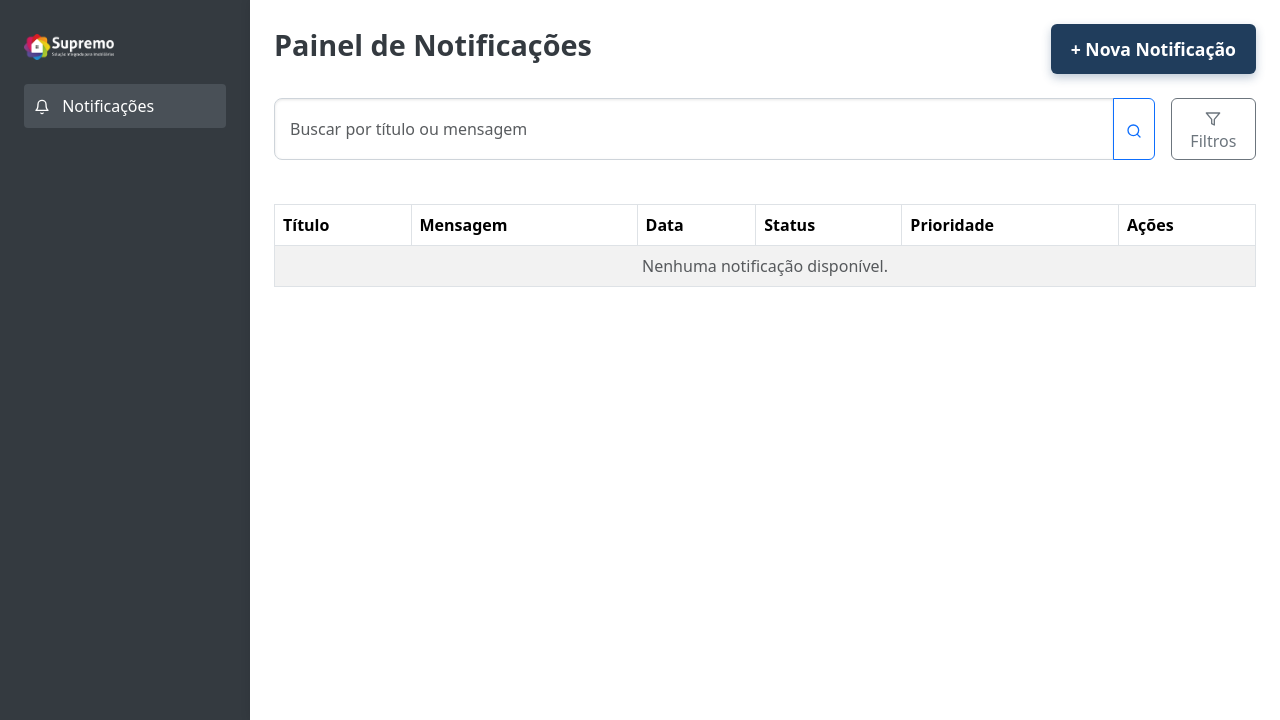
Repository: ryanmarinhodev/Supremo-teste-tecnico
Page: /notifications
These files come from the project's save history. The page is drawn as it stood at one moment and after the next save; the edit follows.
The browser window is 1280 px wide. The pictures show the whole page.
The project was rebuilt for these pictures with package versions that can differ from the ones it lists, and the page was loaded fresh each time. Also part of the build but not shown: src/App.css, src/Components/Login/index.jsx.

Above is the page before, as saved 2024-11-07 18:06:13.

### src/App.js
import { BrowserRouter, Routes, Route } from "react-router-dom";
import "./App.css";
import Login from "./Components/Login";
import NotificationsPage from "./Components/Notifications/notification";

const App = () => {
  return (
    <BrowserRouter>
      <Routes>
        <Route path="/" element={<Login />} />
        <Route path="/notifications" element={<NotificationsPage />} />
      </Routes>
    </BrowserRouter>
  );
};

export default App;

### src/Components/Notifications/notification.jsx
import React, { useState } from "react";
import {
  Modal,
  Button,
  Form,
  Table,
  Badge,
  InputGroup,
  FormControl,
} from "react-bootstrap";
import {
  FiBell,
  FiEdit,
  FiTrash2,
  FiSearch,
  FiFilter,
  FiCheckCircle,
} from "react-icons/fi";
import "./notification.css";
import Logo from "../../assets/logo-supremo-branco.png";

const EnhancedNotificationsDashboard = () => {
  const [notifications, setNotifications] = useState([]);
  const [showModal, setShowModal] = useState(false);
  const [search, setSearch] = useState("");
  const [currentNotification, setCurrentNotification] = useState({
    id: null,
    title: "",
    message: "",
    date: "",
    status: "Não Lida",
    priority: "Normal",
  });

  // Abre o modal para adicionar ou editar uma notificação
  const openModal = (
    notification = {
      title: "",
      message: "",
      date: "",
      status: "Não Lida",
      priority: "Normal",
    }
  ) => {
    setCurrentNotification(notification);
    setShowModal(true);
  };

  // Fecha o modal e reseta os dados do formulário
  const closeModal = () => {
    setShowModal(false);
    setCurrentNotification({
      id: null,
      title: "",
      message: "",
      date: "",
      status: "Não Lida",
      priority: "Normal",
    });
  };

  // Manipula mudanças nos campos do formulário
  const handleChange = (e) => {
    const { name, value } = e.target;
    setCurrentNotification((prev) => ({ ...prev, [name]: value }));
  };

  // Envia a notificação (para adicionar ou editar)
  const handleSubmit = () => {
    if (currentNotification.id) {
      setNotifications((prev) =>
        prev.map((notif) =>
          notif.id === currentNotification.id ? currentNotification : notif
        )
      );
    } else {
      setNotifications((prev) => [
        ...prev,
        { ...currentNotification, id: Date.now() },
      ]);
    }
    closeModal();
  };

  // Exclui a notificação
  const handleDelete = (id) => {
    setNotifications((prev) => prev.filter((notif) => notif.id !== id));
  };

  // Marca a notificação como "Lida"
  const markAsRead = (id) => {
    setNotifications((prev) =>
      prev.map((notif) =>
        notif.id === id ? { ...notif, status: "Lida" } : notif
      )
    );
  };

  return (
    <div className="dashboard-container d-flex">
      {/* Sidebar de Navegação */}
      <aside className="sidebar p-4">
        <img src={Logo} alt="Logotipo Supremo" className="logo" />
        <ul className="nav flex-column mt-4">
          <li className="nav-item mb-2">
            <a href="/notifications" className="nav-link active">
              <FiBell className="me-2" /> Notificações
            </a>
          </li>
        </ul>
      </aside>

      {/* Área Principal */}
      <div className="content flex-grow-1 p-4">
        <header className="d-flex justify-content-between align-items-center mb-4">
          <h2 className="page-title">Painel de Notificações</h2>
          <Button variant="primary" onClick={() => openModal()}>
            + Nova Notificação
          </Button>
        </header>

        {/* Barra de Busca e Filtro */}
        <div className="d-flex mb-4">
          <InputGroup className="me-2">
            <FormControl
              placeholder="Buscar por título ou mensagem"
              value={search}
              onChange={(e) => setSearch(e.target.value)}
            />
            <Button variant="outline-primary">
              <FiSearch />
            </Button>
          </InputGroup>
          <Button variant="outline-secondary" className="ms-2">
            <FiFilter /> Filtros
          </Button>
        </div>

        {/* Tabela de Notificações */}
        <Table striped bordered hover responsive>
          <thead>
            <tr>
              <th>Título</th>
              <th>Mensagem</th>
              <th>Data</th>
              <th>Status</th>
              <th>Prioridade</th>
              <th>Ações</th>
            </tr>
          </thead>
          <tbody>
            {notifications.length > 0 ? (
              notifications.map((notification) => (
                <tr key={notification.id}>
                  <td>{notification.title}</td>
                  <td>{notification.message}</td>
                  <td>{notification.date}</td>
                  <td>
                    <Badge
                      bg={
                        notification.status === "Não Lida"
                          ? "warning"
                          : "success"
                      }
                    >
                      {notification.status}
                    </Badge>
                  </td>
                  <td>
                    <Badge
                      bg={notification.priority === "Alta" ? "danger" : "info"}
                    >
                      {notification.priority}
                    </Badge>
                  </td>
                  <td>
                    <Button
                      variant="outline-secondary"
                      size="sm"
                      className="me-2"
                      onClick={() => openModal(notification)}
                    >
                      <FiEdit /> Editar
                    </Button>
                    <Button
                      variant="outline-danger"
                      size="sm"
                      onClick={() => handleDelete(notification.id)}
                    >
                      <FiTrash2 /> Excluir
                    </Button>
                    {notification.status === "Não Lida" && (
                      <Button
                        variant="outline-success"
                        size="sm"
                        className="ms-2"
                        onClick={() => markAsRead(notification.id)}
                      >
                        <FiCheckCircle /> Marcar como Lida
                      </Button>
                    )}
                  </td>
                </tr>
              ))
            ) : (
              <tr>
                <td colSpan="6" className="text-center text-muted">
                  Nenhuma notificação disponível.
                </td>
              </tr>
            )}
          </tbody>
        </Table>
      </div>

      {/* Modal para Cadastrar/Editar Notificação */}
      <Modal show={showModal} onHide={closeModal}>
        <Modal.Header closeButton>
          <Modal.Title>
            {currentNotification.id
              ? "Editar Notificação"
              : "Cadastrar Notificação"}
          </Modal.Title>
        </Modal.Header>
        <Modal.Body>
          <Form>
            <Form.Group className="mb-3">
              <Form.Label>Título</Form.Label>
              <Form.Control
                type="text"
                placeholder="Título da Notificação"
                name="title"
                value={currentNotification.title}
                onChange={handleChange}
              />
            </Form.Group>
            <Form.Group className="mb-3">
              <Form.Label>Mensagem</Form.Label>
              <Form.Control
                as="textarea"
                rows={3}
                placeholder="Mensagem da Notificação"
                name="message"
                value={currentNotification.message}
                onChange={handleChange}
              />
            </Form.Group>
            <Form.Group className="mb-3">
              <Form.Label>Data de Envio</Form.Label>
              <Form.Control
                type="date"
                name="date"
                value={currentNotification.date}
                onChange={handleChange}
              />
            </Form.Group>
            <Form.Group className="mb-3">
              <Form.Label>Prioridade</Form.Label>
              <Form.Select
                name="priority"
                value={currentNotification.priority}
                onChange={handleChange}
              >
                <option value="Normal">Normal</option>
                <option value="Alta">Alta</option>
              </Form.Select>
            </Form.Group>
          </Form>
        </Modal.Body>
        <Modal.Footer>
          <Button variant="secondary" onClick={closeModal}>
            Cancelar
          </Button>
          <Button variant="primary" onClick={handleSubmit}>
            {currentNotification.id ? "Salvar Alterações" : "Cadastrar"}
          </Button>
        </Modal.Footer>
      </Modal>
    </div>
  );
};

export default EnhancedNotificationsDashboard;

### src/Components/Login/styles.css
:root {
    --primary-color: #203d5c;
    --secondary-color: #adb5bd;
    --hover-color: #182533;
    --background-overlay: rgba(0, 0, 0, 0.4);
    --box-shadow: 0 4px 10px rgba(47, 84, 122, 0.3);
}

.login-container {
    background: url('https://wallpapers.com/images/hd/4k-architecture-yellow-glass-building-6d7nbmyltxlyxxv8.jpg') no-repeat center center;
    background-size: cover;
    min-height: 100vh;
    padding: 20px;
    display: flex;
    align-items: center;
    justify-content: center;
    position: relative;
}

.login-container::before {
    content: '';
    position: absolute;
    top: 0;
    left: 0;
    right: 0;
    bottom: 0;
    background: var(--background-overlay);
    z-index: 1;
}

.login-card {
    width: 100%;
    max-width: 600px;
    background-color: #ffffff;
    border-radius: 12px;
    box-shadow: var(--box-shadow);
    border: 1px solid rgba(0, 0, 0, 0.05);
    transition: transform 0.3s ease, box-shadow 0.3s ease;
    position: relative;
    z-index: 2;
    padding: 40px;
    animation: fadeIn 0.6s ease;
}

.login-card:hover {
    transform: translateY(-5px);
    box-shadow: 0 15px 40px rgba(0, 0, 0, 0.3);
}


.logo {
    width: 100px;
    height: auto;
    margin-bottom: 20px;
}

.login-title {
    font-size: 2rem;
    font-weight: 700;
    color: #000;
    margin-top: 10px;
    margin-bottom: 10px;
    font-family: 'Poppins', sans-serif;
    text-align: center;
}

.title-underline {
    width: 60px;
    height: 4px;
    background-color: #495f75;
    margin: 0 auto 20px auto;
    border-radius: 2px;
}

.subtitle {
    font-size: 1rem;
    color: #e0e0e0;
    text-align: center;
    margin-bottom: 30px;
    font-weight: 400;
}


.form-control {
    border-radius: 8px;
    padding: 15px;
    font-size: 1rem;
    border: 1px solid #ced4da;
    box-shadow: inset 0 1px 3px rgba(0, 0, 0, 0.1);
    transition: border-color 0.3s ease, box-shadow 0.3s ease;
}

.form-control:focus {
    border-color: var(--primary-color);
    box-shadow: 0 0 0 0.2rem rgba(89, 124, 161, 0.25);
}

/* Botão de login com estilo profissional */
.btn-primary {
    background-color: var(--primary-color);
    border: none;
    font-size: 1.1rem;
    font-weight: 600;
    padding: 12px 20px;
    border-radius: 6px;
    transition: background-color 0.3s ease, transform 0.2s ease;
    box-shadow: var(--box-shadow);
}

.btn-primary:hover {
    background-color: var(--hover-color);
    transform: scale(1.03);
}

/* Link "Esqueci a senha" com estilo sutil */
.text-secondary {
    color: var(--secondary-color) !important;
    font-size: 0.9rem;
}

.text-secondary:hover {
    color: #000 !important;
    text-decoration: underline;
}

/* Altera a cor de fundo e da borda do checkbox quando marcado */
.form-check-input:checked {
    background-color: var(--hover-color);
    border-color: var(--secondary-color);
}

.form-check-input:focus {
    box-shadow: none;
}

/* Efeito de transição suave ao aparecer o card */
@keyframes fadeIn {
    from {
        opacity: 0;
        transform: scale(0.9);
    }
    to {
        opacity: 1;
        transform: scale(1);
    }
}

@media (max-width: 768px) {
    .login-card {
        max-width: 90%;
        padding: 20px;
        border-radius: 8px;
    }

    .login-title {
        font-size: 1.5rem;
    }

    .subtitle {
        font-size: 0.9rem;
    }

    .logo {
        width: 80px;
    }

    .form-control {
        padding: 10px;
        font-size: 0.9rem;
    }

    .btn-primary {
        font-size: 1rem;
        padding: 10px;
    }

    .title-underline {
        width: 50px;
        height: 3px;
    }
}

### src/Components/Notifications/notification.css
.dashboard-container {
    display: flex;
    min-height: 100vh;
    background-color: #f8f9fa;
  }

  .sidebar {
    width: 250px;
    background-color: #343a40;
    color: #fff;
    height: 100vh;
  }

.logo {
    width: 100px;
    display: flex;
    padding: 10px 10px 0px 0;
}

  .sidebar h4 {
    font-size: 1.4rem;
    font-weight: bold;
    color: #fff;
  }

  .sidebar .nav-link {
    color: #ced4da;
    padding: 10px;
    font-weight: 500;
  }

  .sidebar .nav-link:hover,
  .sidebar .nav-link.active {
    background-color: #495057;
    color: #fff;
    border-radius: 4px;
  }

  .content {
    flex-grow: 1;
    padding: 20px 40px;
    background-color: #ffffff;
    box-shadow: 0px 0px 10px rgba(0, 0, 0, 0.1);
  }

  .page-title {
    font-size: 1.8rem;
    font-weight: bold;
    color: #343a40;
  }

  .table {
    margin-top: 20px;
  }

  button {
    transition: background-color 0.3s ease, box-shadow 0.2s ease;
  }

  button:hover {
    box-shadow: 0px 4px 8px rgba(0, 0, 0, 0.15);
  }

Loaded but not shown: public/index.html (common file); src/index.js (common file); src/index.css (common file); src/reportWebVitals.js (common file)

After the next save:
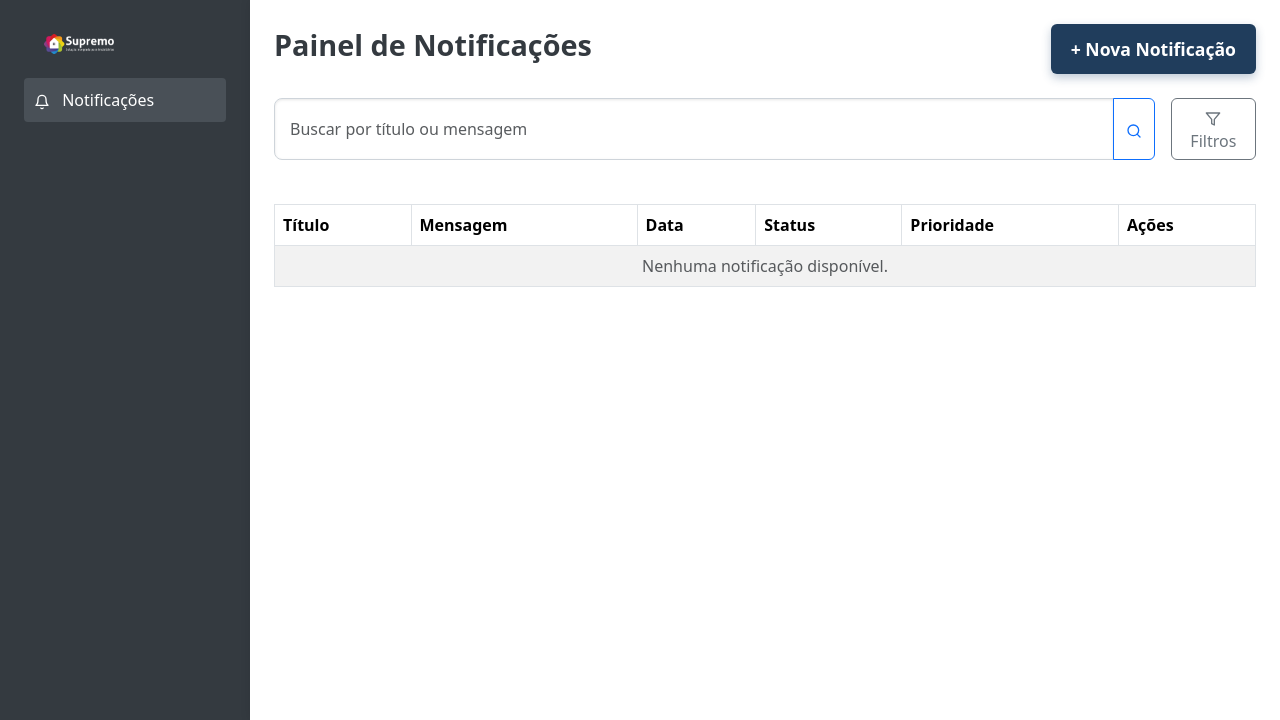
Saved 19 s later.
--- a/src/Components/Notifications/notification.css
+++ b/src/Components/Notifications/notification.css
@@ -14,7 +14,7 @@
 .logo {
     width: 100px;
     display: flex;
-    padding: 10px 10px 0px 0;
+    padding: 10px 10px 0px 20px;
 }
 
   .sidebar h4 {
